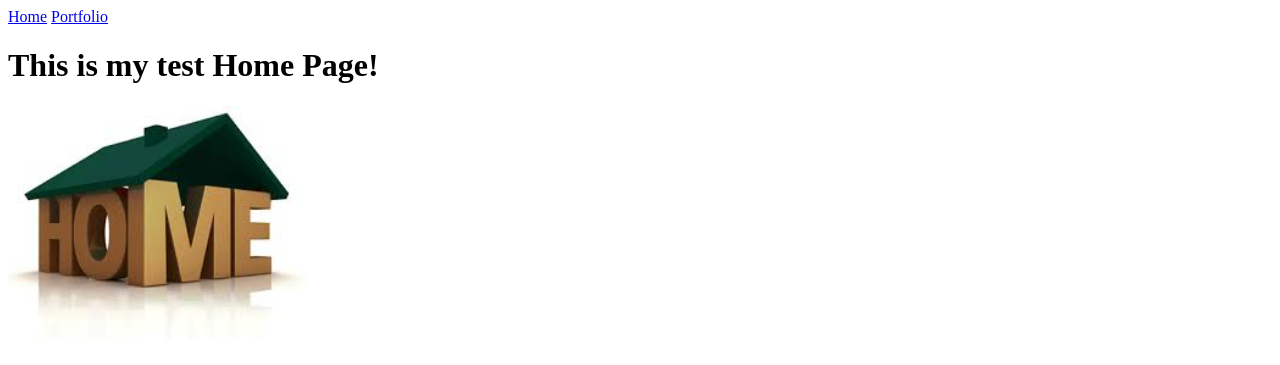
Repository: Woadie/Woadie.github.io
Page: my_website/index.html
The author's editor kept a record of every edit. The page is drawn from the files as they stood at one moment, then again after the next edit.
The browser window is 1280 px wide. The pictures show the whole page.

Above is the page before.

### my_website/index.html
<!doctype html>
<html lang="en">
  <head>
    <meta charset="utf-8">
    <title>Home</title>
  </head>
  <body>
    <a href="index.html">Home</a>
    <a href="portfolio.html">Portfolio</a>
    <h1>This is my test Home Page!</h1>
    <img src="images/home.jpg" height="250">
  </body>



</html>

After the next edit:
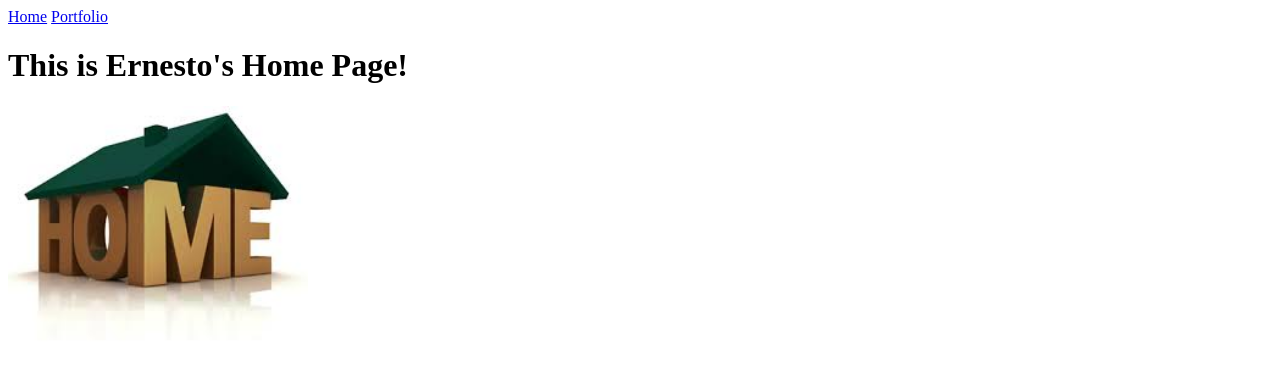
The edit:
--- a/my_website/index.html
+++ b/my_website/index.html
@@ -7,7 +7,7 @@
   <body>
     <a href="index.html">Home</a>
     <a href="portfolio.html">Portfolio</a>
-    <h1>This is my test Home Page!</h1>
+    <h1>This is Ernesto's Home Page!</h1>
     <img src="images/home.jpg" height="250">
   </body>
 
